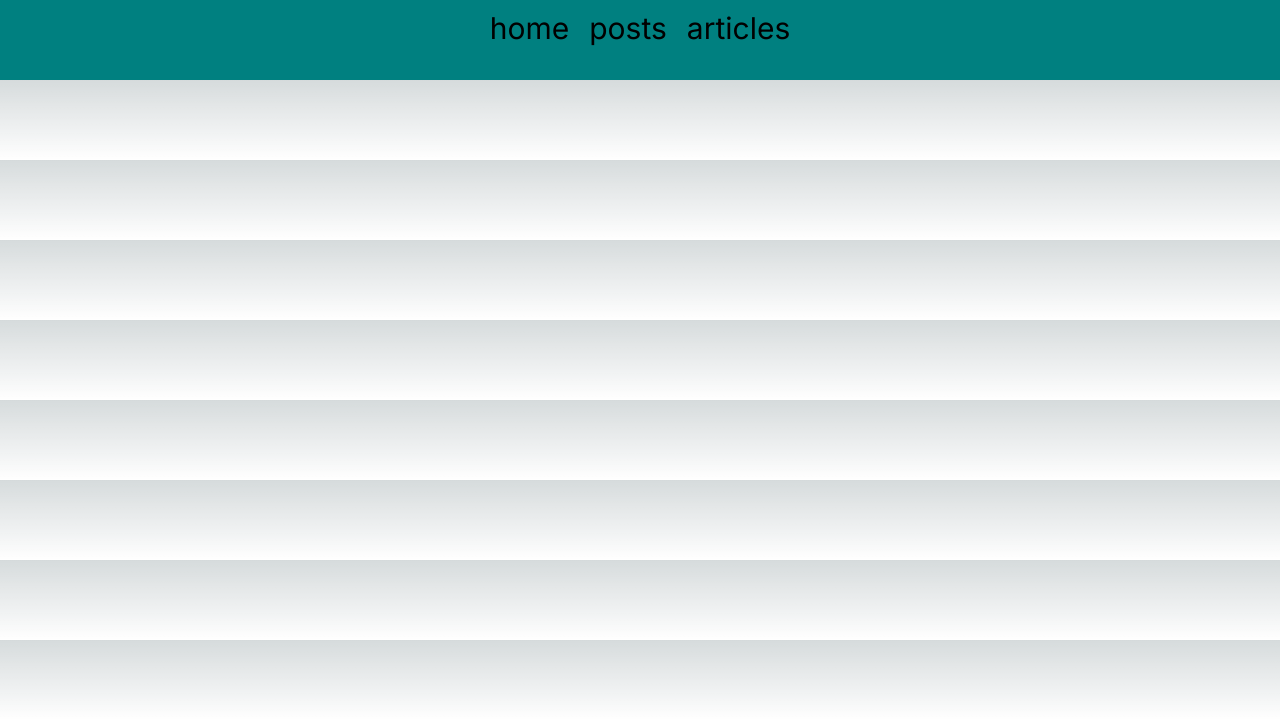
Repository: abdulrahmanmahmood/The-first-Next-js-app
Page: /articles/featuredArticles
The author's editor kept a copy of each file at every save. The page is drawn from the files as they stood at one save, then again after the next save.
The browser window is 1280 px wide. The pictures show the whole page.
The project was rebuilt for these pictures with package versions that can differ from the ones it lists, and the page was loaded fresh each time. The framework's server and built-in components were replaced by stand-ins that run in the browser. Also part of the build but not shown: next.config.js.

Above is the page before, as saved 2023-10-29 23:27:44.

### app/layout.js
import { Inter } from "next/font/google";
import "./globals.css";
import Link from "next/link";

const inter = Inter({ subsets: ["latin"] });

export const metadata = {
  title: "Create Next App",
  description: "Generated by create next app",
};

export default function RootLayout({ children }) {
  return (
    <html lang="en">
      <body className={inter.className}>
        <nav
          style={{
            width: "100%",
            background: "teal",
            fontSize: "30px",
            height: "80px",
            display: "flex",
            // flexDirection:"row",
            justifyContent:"center",
            alignItems:"center"
          }}
        >
          <ul            style={{
            // width: "100%",
            background: "teal",
            fontSize: "30px",
            height: "80px",
            display: "flex",
            // flexDirection:"row",
            justifyContent:"space-around",
            // alignItems:"center"
          }}>

              <Link style={{margin:"10px"}} href="/home">home</Link>


              <Link style={{margin:"10px"}} href="/posts">posts</Link>

              <Link style={{margin:"10px"}} href="/articles">articles</Link>

          </ul>
        </nav>
        {children}
      </body>
    </html>
  );
}

### app/articles/featuredArticles/page.js

function page() {
  return (
    <div>
      <h1></h1>
    </div>
  )
}

export default page

Loaded but not shown: app/globals.css (common file)

After the next save:
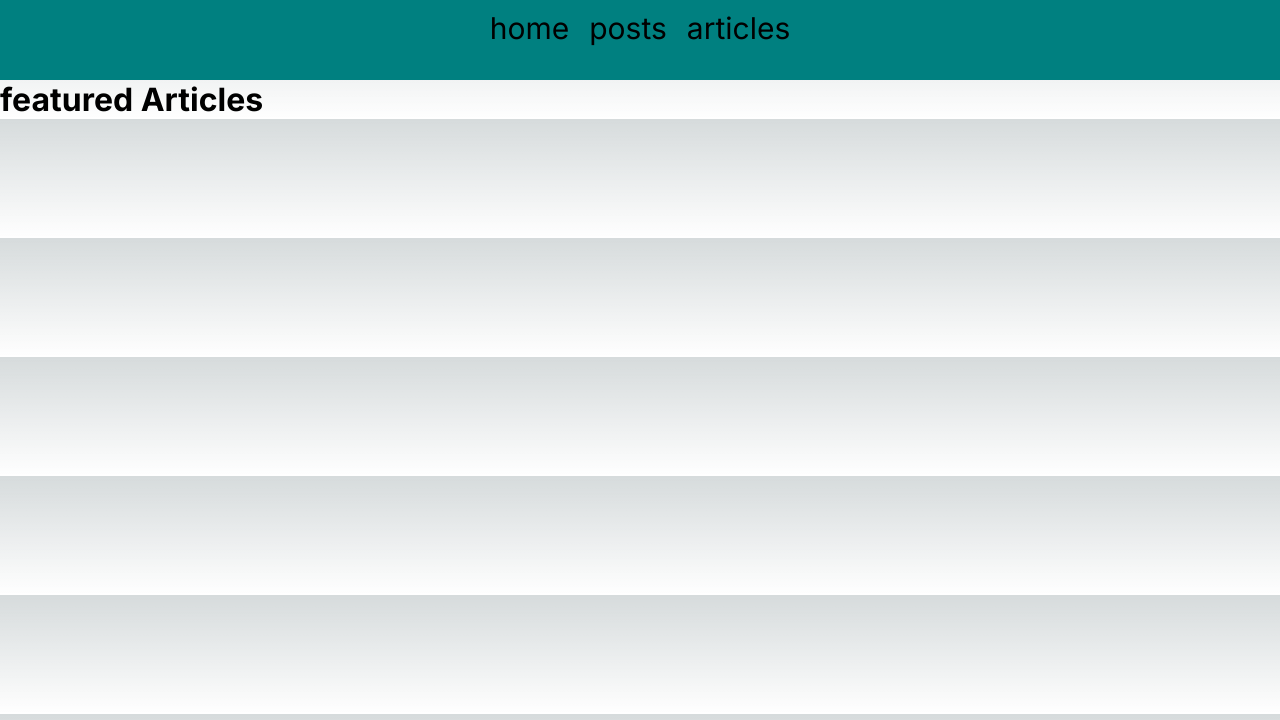
Saved 6 s later.
--- a/app/articles/featuredArticles/page.js
+++ b/app/articles/featuredArticles/page.js
@@ -2,7 +2,7 @@
 function page() {
   return (
     <div>
-      <h1></h1>
+      <h1>featured Articles</h1>
     </div>
   )
 }
